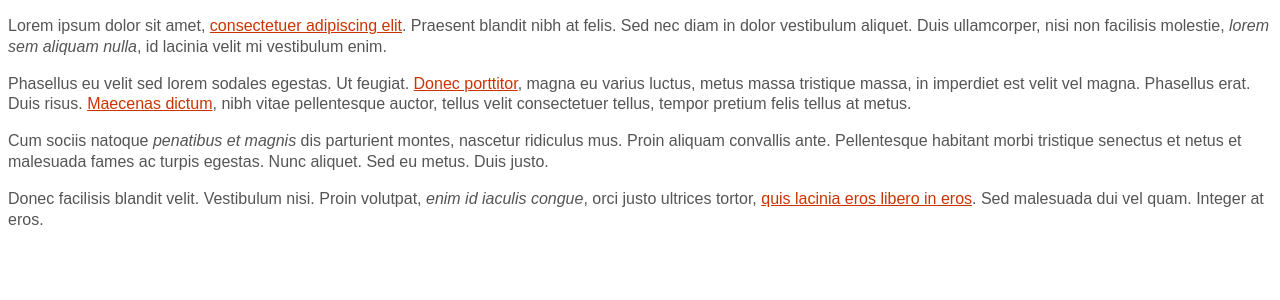
Repository: ScoggoDev/DesarrolloWeb
Page: tarea en equipo 1/Semana 3/index.html
The author's editor kept a copy of each file at every save. The page is drawn from the files as they stood at one save, then again after the next save.
The browser window is 1280 px wide. The pictures show the whole page.

Above is the page before, as saved 2021-07-25 18:24:34.

After the next save:
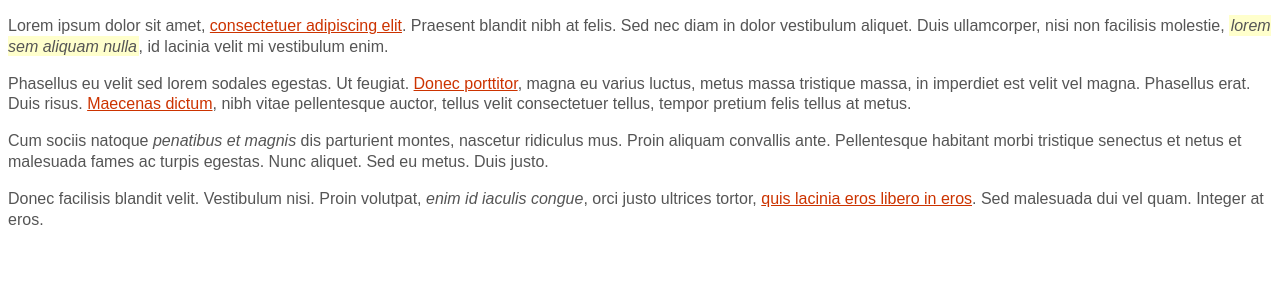
Saved 33 s later.
--- a/tarea en equipo 1/Semana 3/index.html
+++ b/tarea en equipo 1/Semana 3/index.html
@@ -21,9 +21,11 @@
     { color: #CC3300; }
 
     /* Los elementos "em" contenidos en #primero */
+    #primero em
     { background: #FFFFCC; padding: .1em; }
 
     /* Todos los elementos "em" de clase "especial" en toda la pagina */
+    body .especial em
     { background: #FFCC99; border: 1px solid #FF9900; padding: .1em; }
 
     /* Elementos "span" contenidos en .normal */
